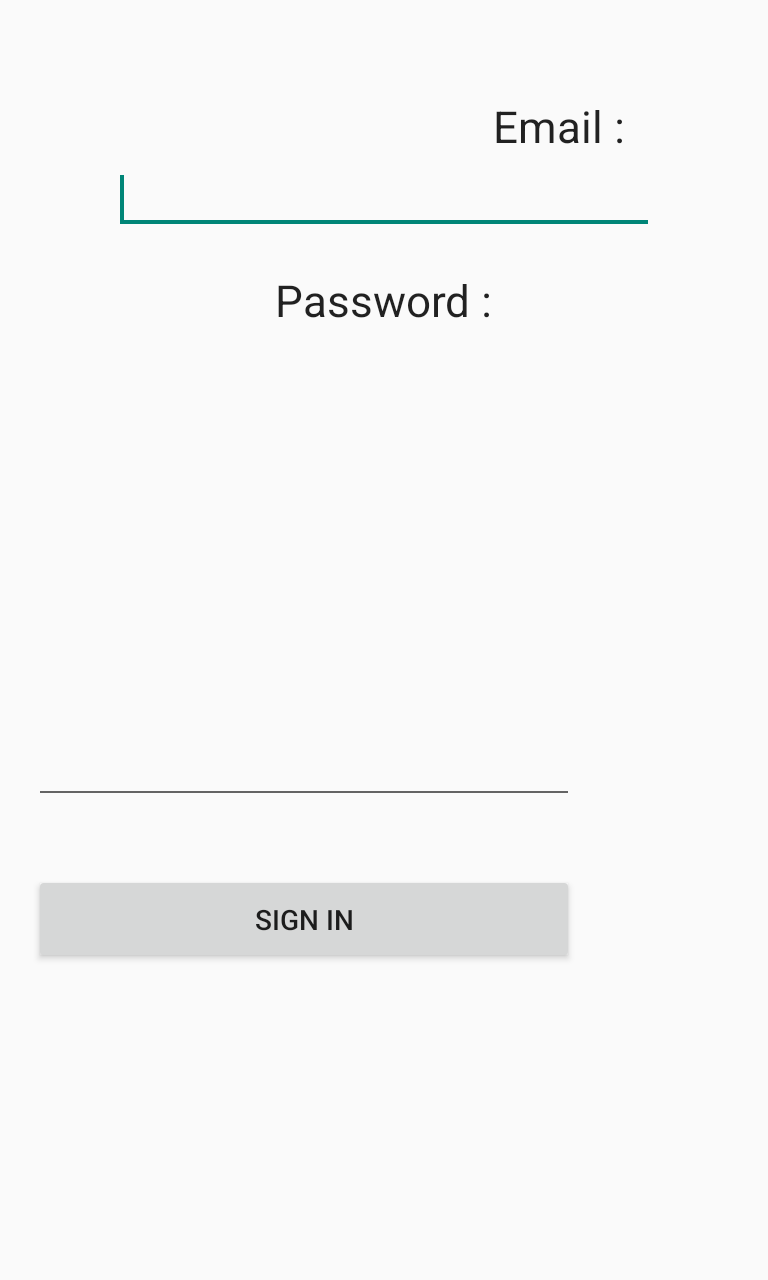
Repository: HAYKEL88/MASTER2_PFE
Layout: PFE_ANDROID/res/layout/activity_sign_in.xml
The author's editor kept a copy of each file at every save. The layout is drawn from the files as they stood at one save, then again after the next save.
It is drawn on a 768 x 1280 px phone screen (xhdpi) without system bars, with theme AppTheme; the app's code is not run.

Above is the layout before, as saved 2014-12-18 22:28:37.

After the next save:
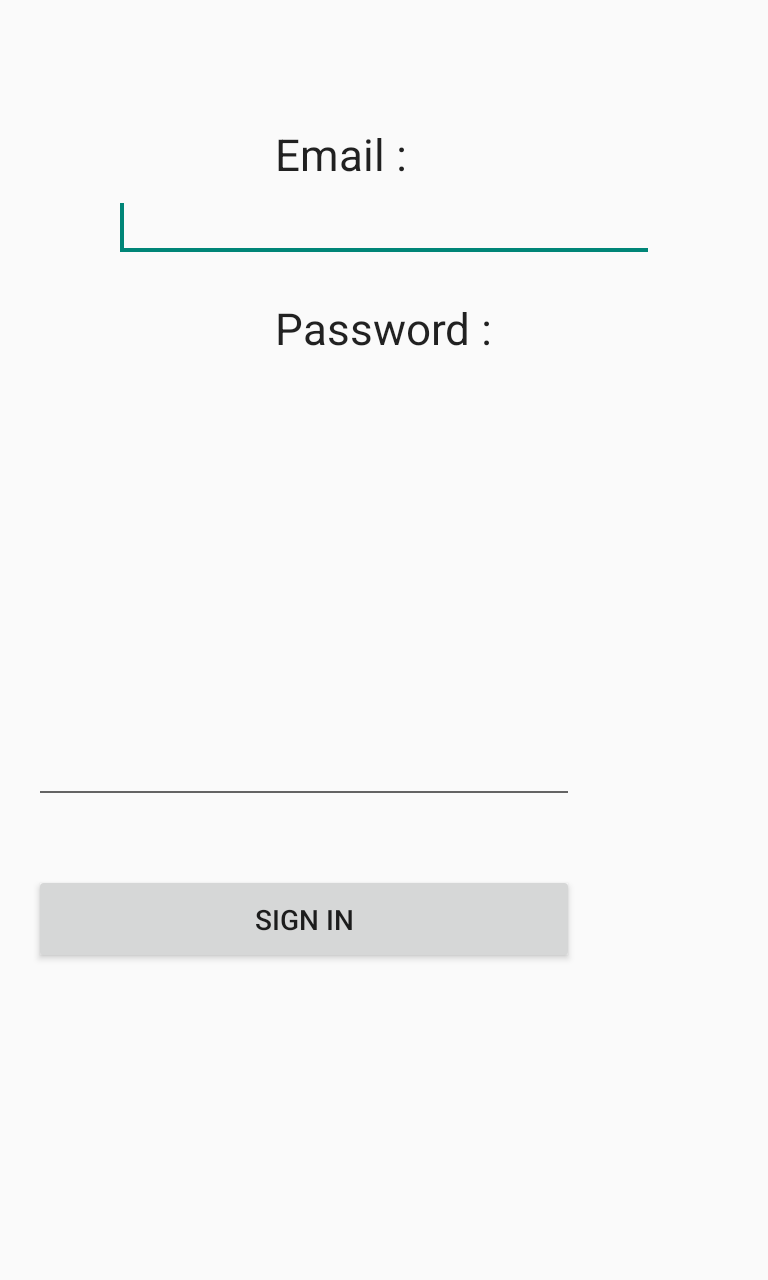
Saved 17 s later.
--- a/PFE_ANDROID/res/layout/activity_sign_in.xml
+++ b/PFE_ANDROID/res/layout/activity_sign_in.xml
@@ -27,16 +27,6 @@
         android:layout_alignLeft="@+id/tvResponse"
         android:layout_marginBottom="78dp"
         android:text="@string/button_signIn" />
-
-    <TextView
-        android:id="@+id/tvEmail"
-        android:layout_width="272dp"
-        android:layout_height="wrap_content"
-        android:layout_alignParentTop="true"
-        android:layout_marginTop="32dp"
-        android:layout_toRightOf="@+id/tvPassword"
-        android:text="Email :"
-        android:textAppearance="?android:attr/textAppearanceLarge" />
 
     <EditText
         android:id="@+id/editText1"
@@ -70,4 +60,15 @@
         android:text="Password :"
         android:textAppearance="?android:attr/textAppearanceLarge" />
 
+    <TextView
+        android:id="@+id/tvEmail"
+        android:layout_width="272dp"
+        android:layout_height="wrap_content"
+        android:layout_alignLeft="@+id/tvPassword"
+        android:layout_alignParentTop="true"
+        android:layout_alignRight="@+id/tvPassword"
+        android:layout_marginTop="46dp"
+        android:text="Email :"
+        android:textAppearance="?android:attr/textAppearanceLarge" />
+
 </RelativeLayout>
